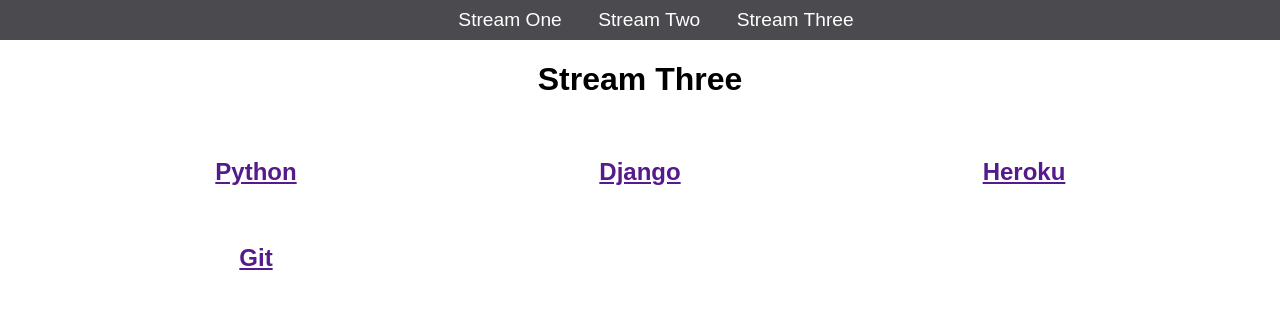
Repository: kylemccul/my-first-website
Page: stream-three.html
The author's editor kept a record of every edit. The page is drawn from the files as they stood at one moment, then again after the next edit.
The browser window is 1280 px wide. The pictures show the whole page.

Above is the page before.

### stream-three.html
<!DOCTYPE html>
<html>
    <head>
        <title>My World</title>
        <link rel="stylesheet" href="css/style.css" type="text/css" />
    </head>
    <body>
        <nav>
            <ul>
                <li><a href="stream-one.html"> Stream One</a></li>
                <li><a href="stream-two.html">Stream Two</a></li>
                <li><a href="stream-three.html">Stream Three</a></li>
            </ul>
        </nav>
        <h1>Stream Three</h1>
                <div class="card">
            <a href="">
                <img src=""/>
                <h2>Python</h2>
            </a>
        </div>
                 <div class="card">
            <a href="">
                <img src=""/>
                <h2>Django</h2>
            </a>
        </div>
                 <div class="card">
            <a href="">
                <img src=""/>
                <h2>Heroku</h2>
            </a>
        </div>
                 <div class="card">
            <a href="">
                <img src=""/>
                <h2>Git</h2>
            </a>
        </div>
                 <div class="card">
            <a href="">
                <img src=""/>
                <h2></h2>
            </a>
        </div>
                 <div class="card">
            <a href="">
                <img src=""/>
                <h2></h2>
            </a>
        </div>
    </body>
</html>

### css/style.css
body {
    margin: 0;
    padding: 0;
    font-family: 'Oswald', sans-serif;
}

nav ul {
    list-style: none;
    background-color: #4a4a4f;
    text-align: center;
    margin: 0;
    padding: 0;

}

nav li {
    font-size: 1.2em;
    line-height: 40px;
    height: 40px;
    display: inline-block;
    margin-left: 2.5%;
}

nav a {
    text-decoration: none;
    color: #ffffff;
    display: block;
}

nav a:hover {
    background-color: #ffffff;
    color: #4a4a4f;
}

.card {
    float: left;
    width: 20%;
    margin-left: 10%;
}

.card a {
    text-align: center;
}

img {
    width: 100%;
}

h1 {
    text-align: center;
}

After the next edit:
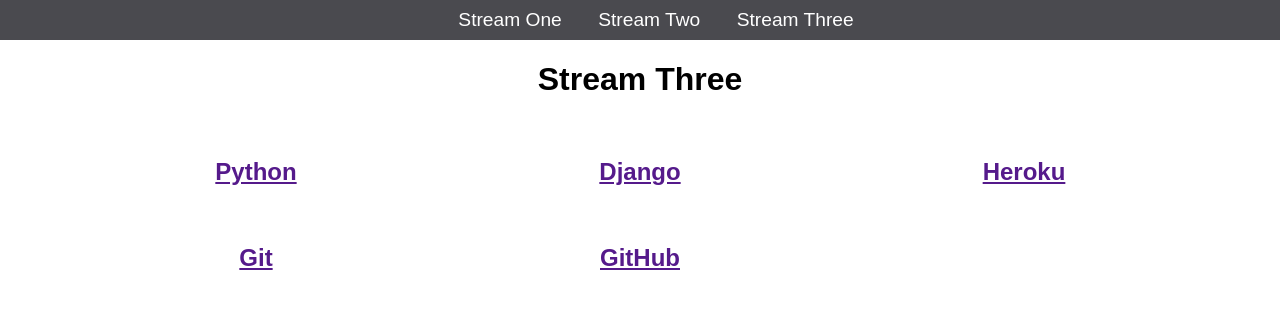
The edit:
--- a/stream-three.html
+++ b/stream-three.html
@@ -40,7 +40,7 @@
                  <div class="card">
             <a href="">
                 <img src=""/>
-                <h2></h2>
+                <h2>GitHub</h2>
             </a>
         </div>
                  <div class="card">
